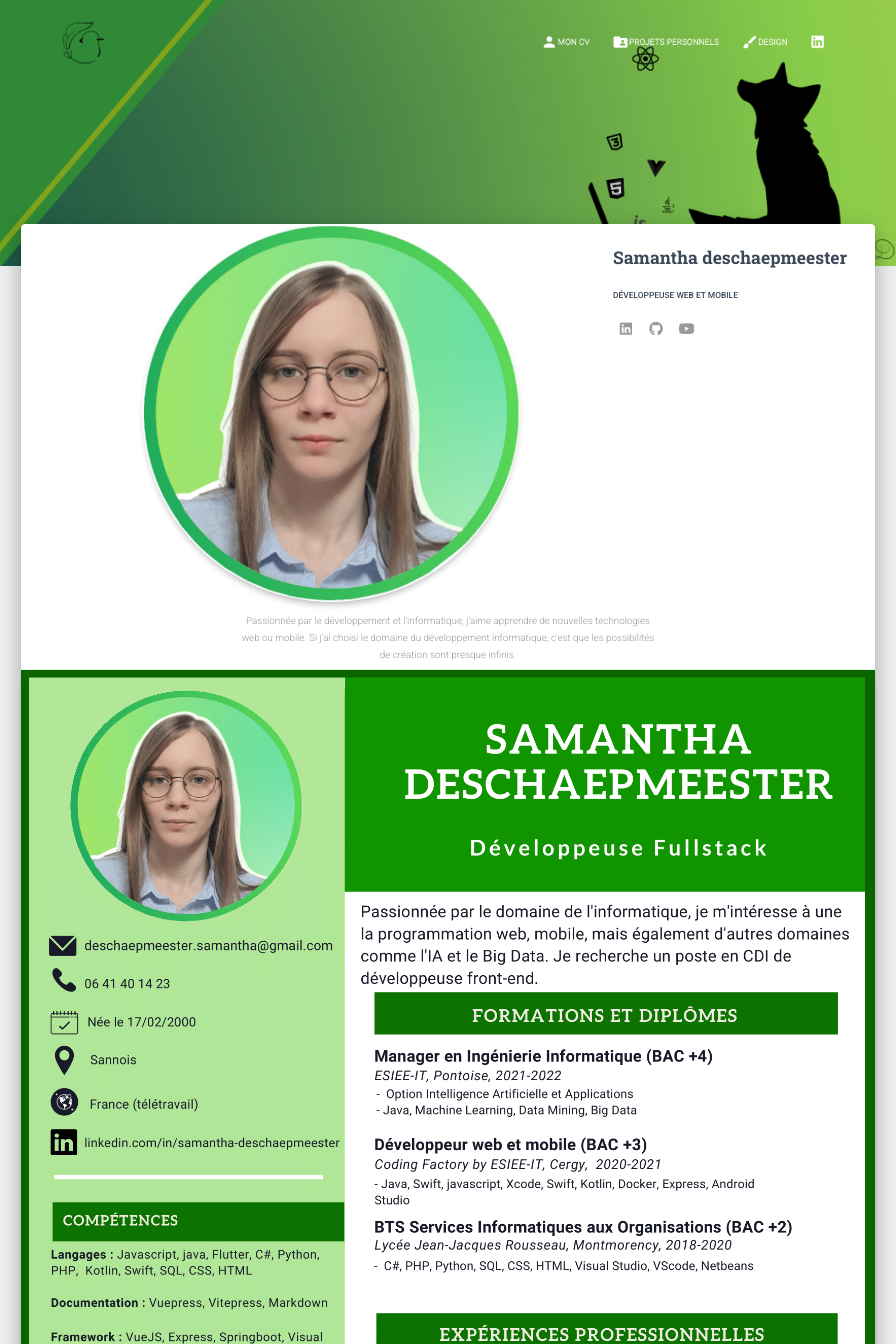
Repository: sdeschaepmeester/NewPortfolio
Page: /#/cv
An editor plug-in stored every save of this project. The page is shown before and after the next save, followed by the edit.
The browser window is 1280 px wide. The pictures show the part of the page from y = 0 to 1920 px (the page is 2835 px tall before and 2236 px after), at 70% of full size.
Some web libraries are served in a nearby version. The project was rebuilt for these pictures with package versions that can differ from the ones it lists, and the page was loaded fresh each time. Also part of the build but not shown: vue.config.js, src/views/components/APropos.vue, src/views/components/NavigationSection.vue, src/views/components/SmallNavigationSection.vue, src/components/Dropdown.vue, src/components/Pagination.vue, src/components/Slider.vue, src/components/Badge.vue and 14 more.

Above is the page before, as saved 2022-07-08 13:22:13.

After the next save:
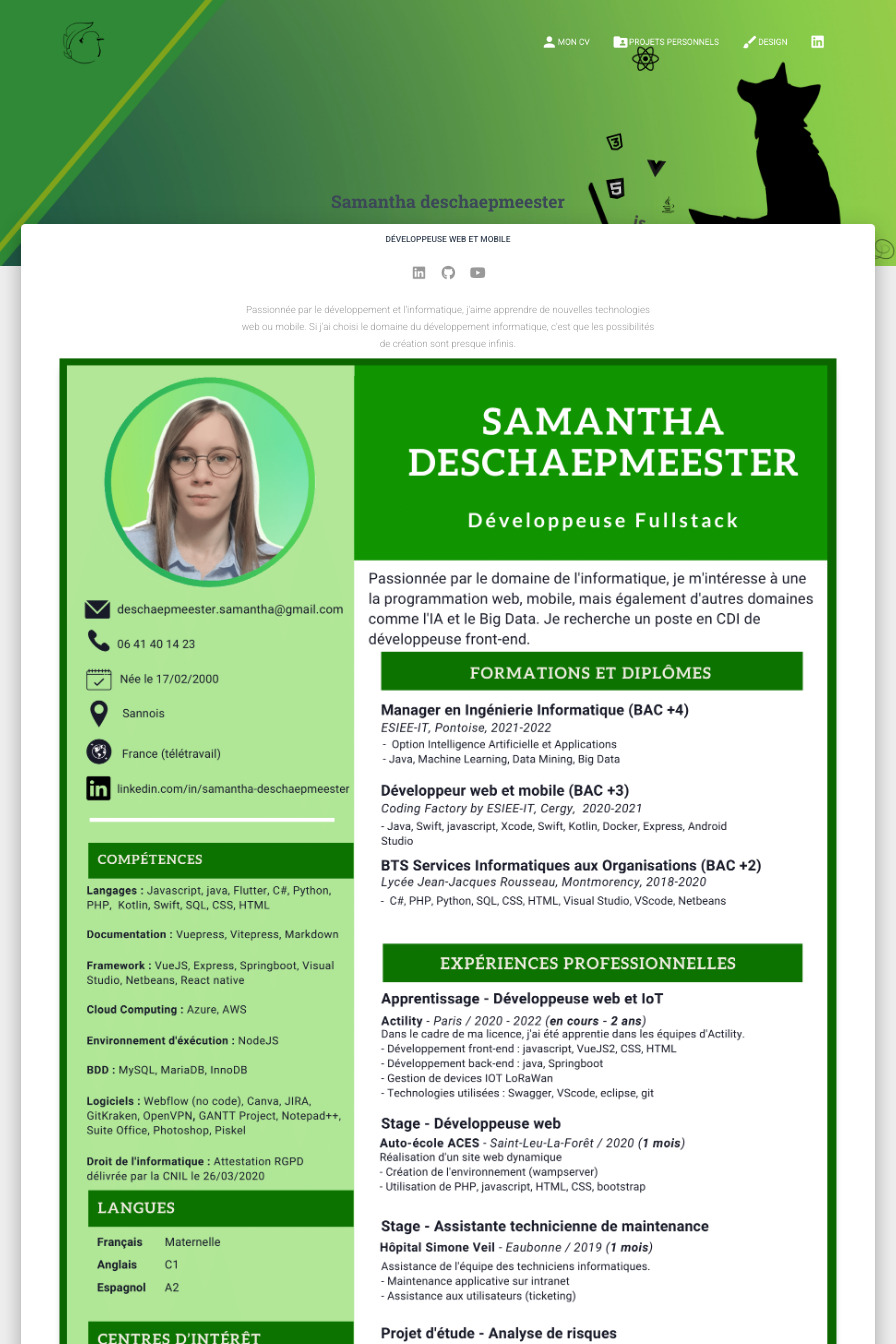
Saved 17 s later.
--- a/src/views/CV.vue
+++ b/src/views/CV.vue
@@ -9,13 +9,8 @@
         <div class="container">
           <div class="md-layout">
             <div class="md-layout-item md-size-50 mx-auto">
-              <div class="profile"
-                  <img
-                    :src="img"
-                    alt="Circle Image"
-                    class="img-raised rounded-circle img-fluid"
-                  />
-                </div>
+              <div class="profile">
+
                 <div class="name">
                   <h3 class="title">Samantha deschaepmeester</h3>
                   <h6>Développeuse web et mobile</h6>
